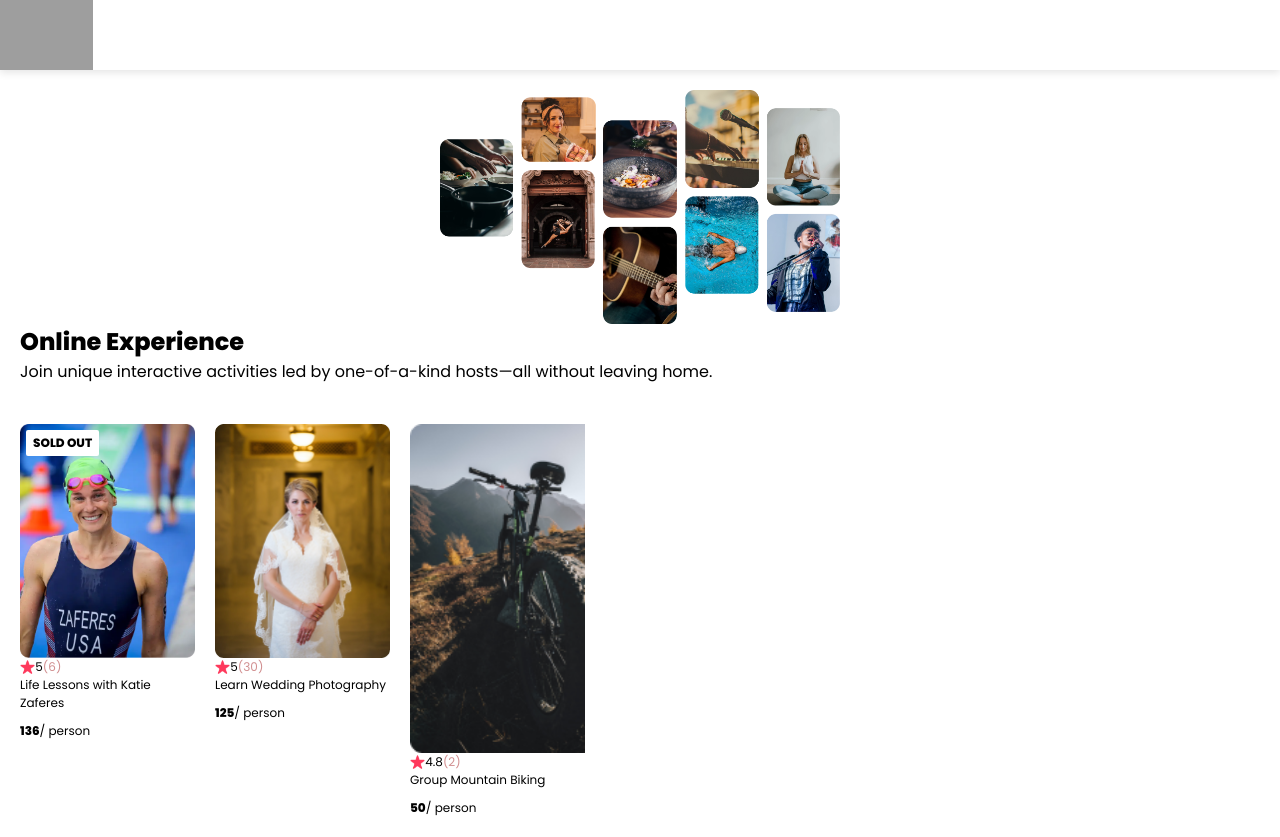
Repository: Richswag009/my-travel-journal
Page: /
These files come from the project's save history. The page is drawn as it stood at one moment and after the next save; the edit follows.
The browser window is 1280 px wide. The pictures show the whole page.
Pictures or frames that could not be fetched are drawn as grey boxes. Some web fonts or font styles are not loaded; a fallback is used. The project was rebuilt for these pictures with package versions that can differ from the ones it lists, and the page was loaded fresh each time.

Above is the page before, as saved 2022-06-17 22:24:41.

After the next save:
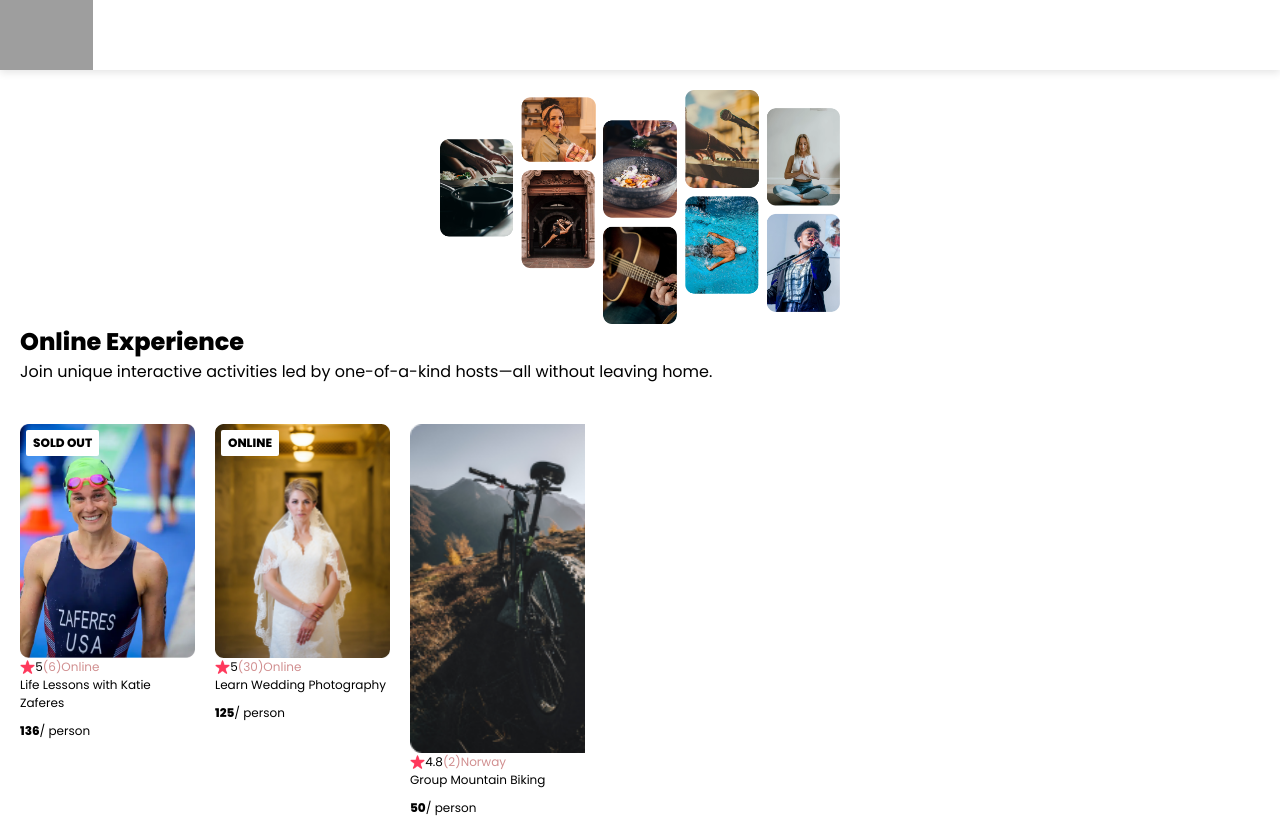
Saved 96 s later.
--- a/src/component/Card.js
+++ b/src/component/Card.js
@@ -8,7 +8,7 @@ export default class Card extends Component {
         let badgeText
         if(this.props.openSpots===0){
             badgeText='SOLD OUT'
-        }else if(this.props.Location ==='Online'){
+        }else if(this.props.location ==='Online'){
             badgeText='ONLINE'
 
         }
@@ -20,7 +20,7 @@ export default class Card extends Component {
                 <img className='card-star' src='./images/Star-1.png' alt="" />
                 <span>{this.props.stats.rating}</span>
                 <span className='gray'>({this.props.stats.reviewCount})</span>
-                <span className='gray'>{this.props.Location}</span>
+                <span className='gray'>{this.props.location}</span>
                 </div>
                 <p className='card-title'>{this.props.title}</p>
                 <p className='card-price'><b>{this.props.price}</b>/ person</p>
